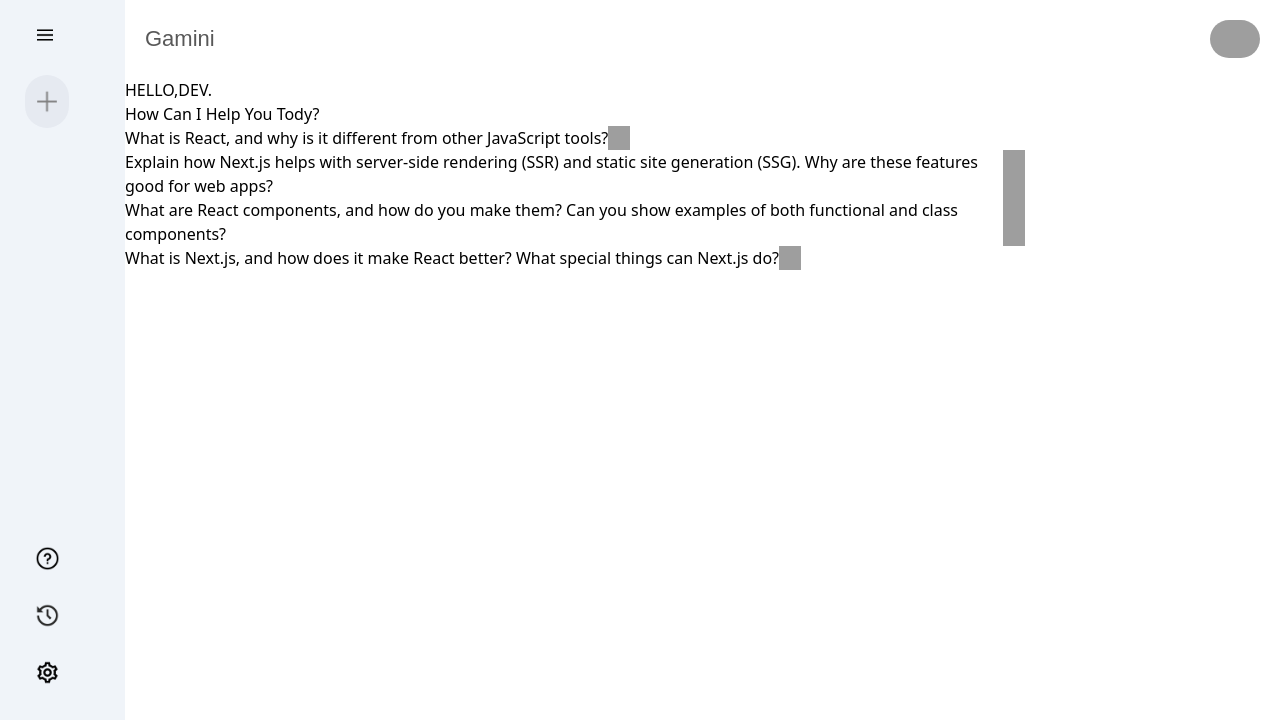
Repository: VilokMasuti/Gamini
Page: / (app in gamini/)
These files come from the project's save history. The page is drawn as it stood at one moment and after the next save; the edit follows.
The browser window is 1280 px wide. The pictures show the whole page.
Pictures or frames that could not be fetched are drawn as grey boxes. The project was rebuilt for these pictures with package versions that can differ from the ones it lists, and the page was loaded fresh each time. Also part of the build but not shown: gamini/vite.config.js.

Above is the page before, as saved 2024-03-19 11:25:39.

After the next save:
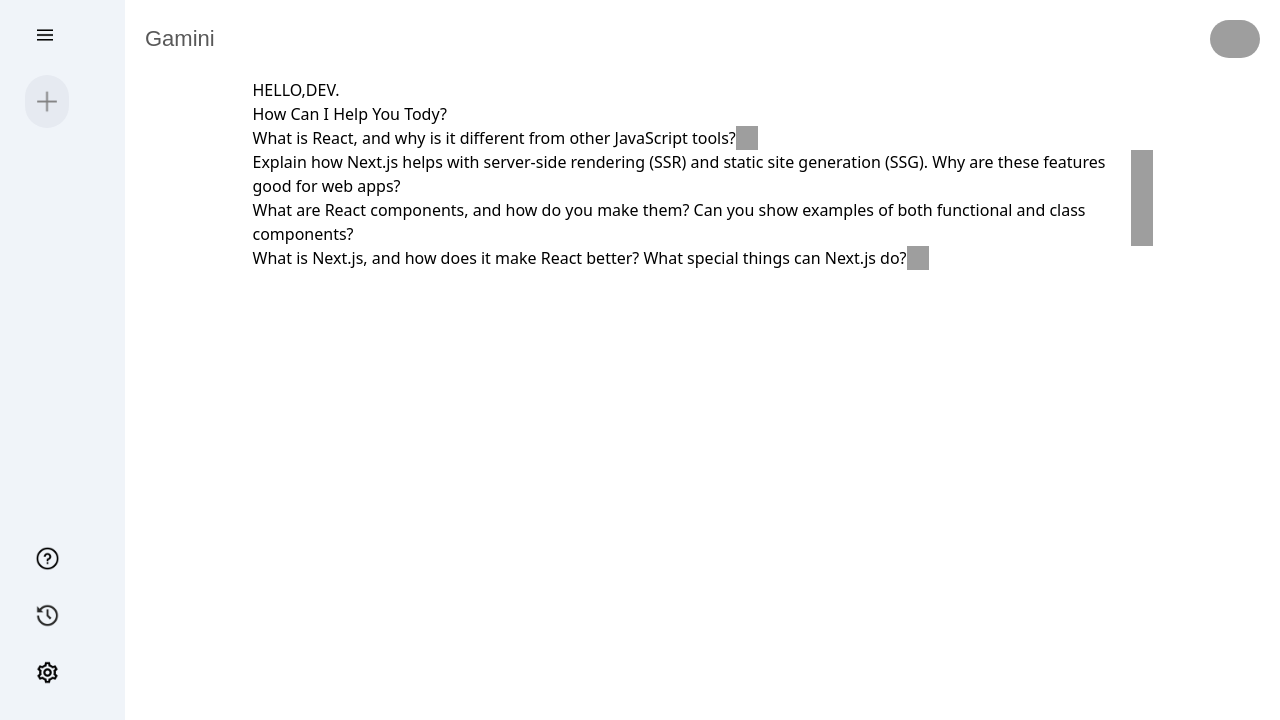
Saved 7 s later.
--- a/gamini/src/Components/Main/Main.jsx
+++ b/gamini/src/Components/Main/Main.jsx
@@ -14,7 +14,7 @@
           height={50}
         />
       </div>
-      <div className=" max-w-[900px]">
+      <div className=" max-w-[900px] m-auto">
         <div className="greet">
           <p>
             <span> HELLO,DEV.</span>{" "}
